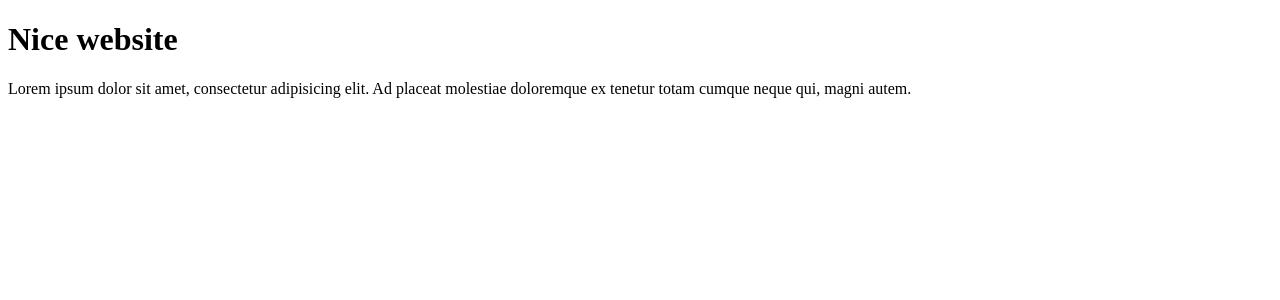
Repository: Samkiroko/app_factort_project_1
Page: index.html
These files come from the project's save history. The page is drawn as it stood at one moment and after the next save; the edit follows.
The browser window is 1280 px wide. The pictures show the whole page.

Above is the page before, as saved 2023-02-03 15:29:53.

### index.html
<!DOCTYPE html>
<html lang="en">
<head>
  <meta charset="UTF-8">
  <meta http-equiv="X-UA-Compatible" content="IE=edge">
  <meta name="viewport" content="width=device-width, initial-scale=1.0">
  <title>My First Website</title>
</head>
<body>
  <div>
    <h1>Nice website</h1>
    <p>Lorem ipsum dolor sit amet, consectetur adipisicing elit. Ad placeat molestiae doloremque ex tenetur totam cumque neque qui, magni autem.</p>
  </div>
</body>
</html>

After the next save:
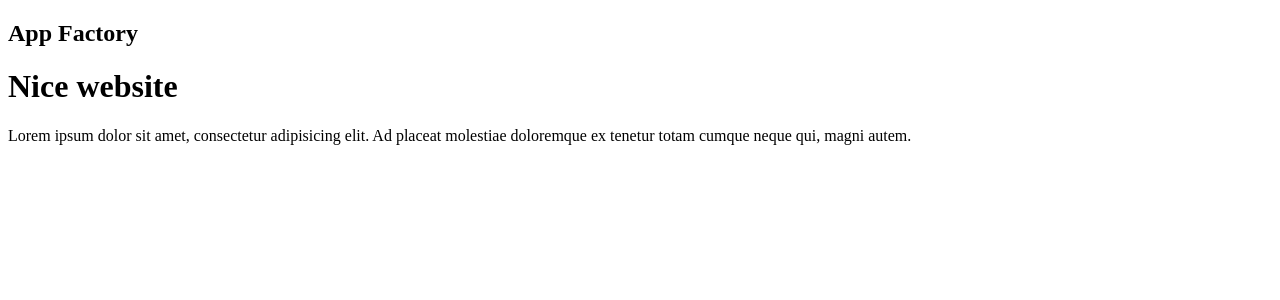
Saved 7 min 22 s later.
--- a/index.html
+++ b/index.html
@@ -7,6 +7,11 @@
   <title>My First Website</title>
 </head>
 <body>
+  <header>
+    <div>
+      <h2><a href="index.html"></a>App Factory</h2>
+    </div>
+  </header>
   <div>
     <h1>Nice website</h1>
     <p>Lorem ipsum dolor sit amet, consectetur adipisicing elit. Ad placeat molestiae doloremque ex tenetur totam cumque neque qui, magni autem.</p>
